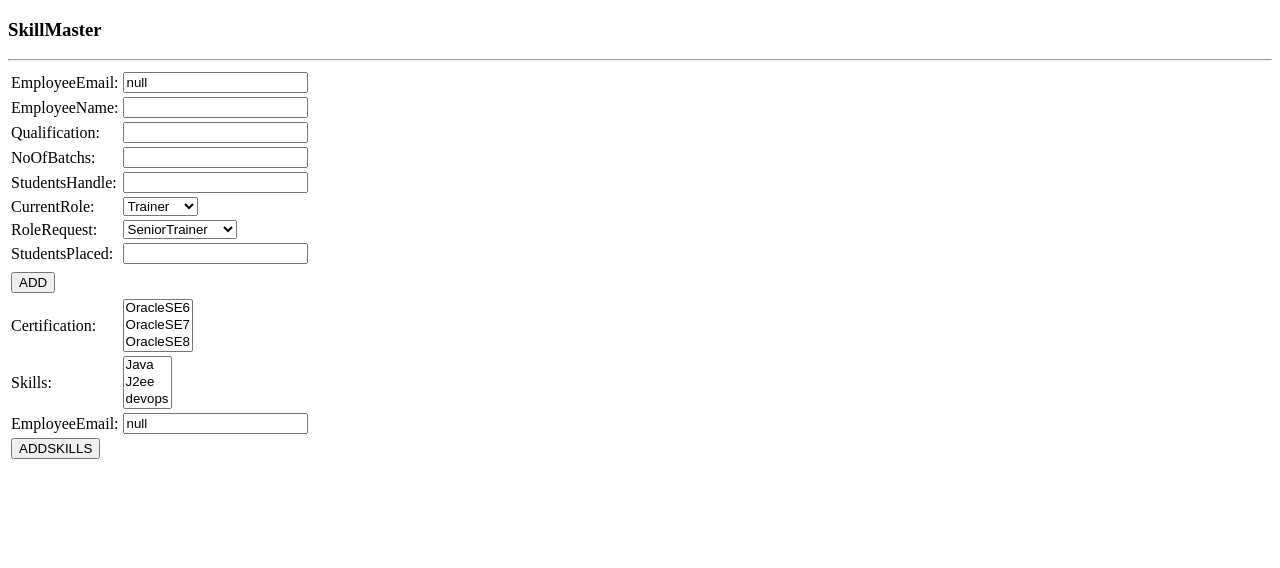
Repository: Karthi-Mano/AdvanceJavaPrograms
Page: http://localhost/CEBProject/skillsetrequest.jsp
These files come from the project's save history. The page is drawn as it stood at one moment and after the next save; the edit follows.
The browser window is 1280 px wide. The pictures show the whole page.
The page is served by Tomcat 9.

Above is the page before, as saved 2018-05-11 19:02:19.

After the next save:
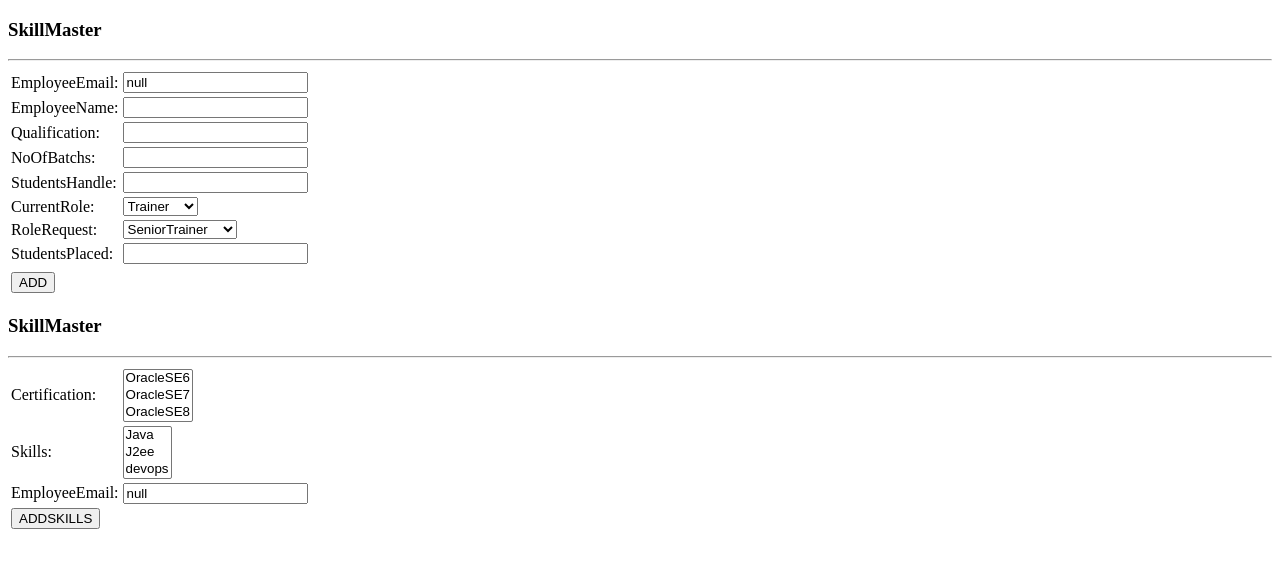
Saved 19 min 32 s later.
--- a/CEBProject/WebContent/skillsetrequest.jsp
+++ b/CEBProject/WebContent/skillsetrequest.jsp
@@ -40,6 +40,8 @@ String s=(String)sess.getAttribute("email");
 <tr><td><input type="submit" value="ADD"/></td></tr>
 </table>
 </form>
+<h3>SkillMaster</h3>
+<hr>
 <form action="skillsetform" method="get">
 <table>
 <tr>
